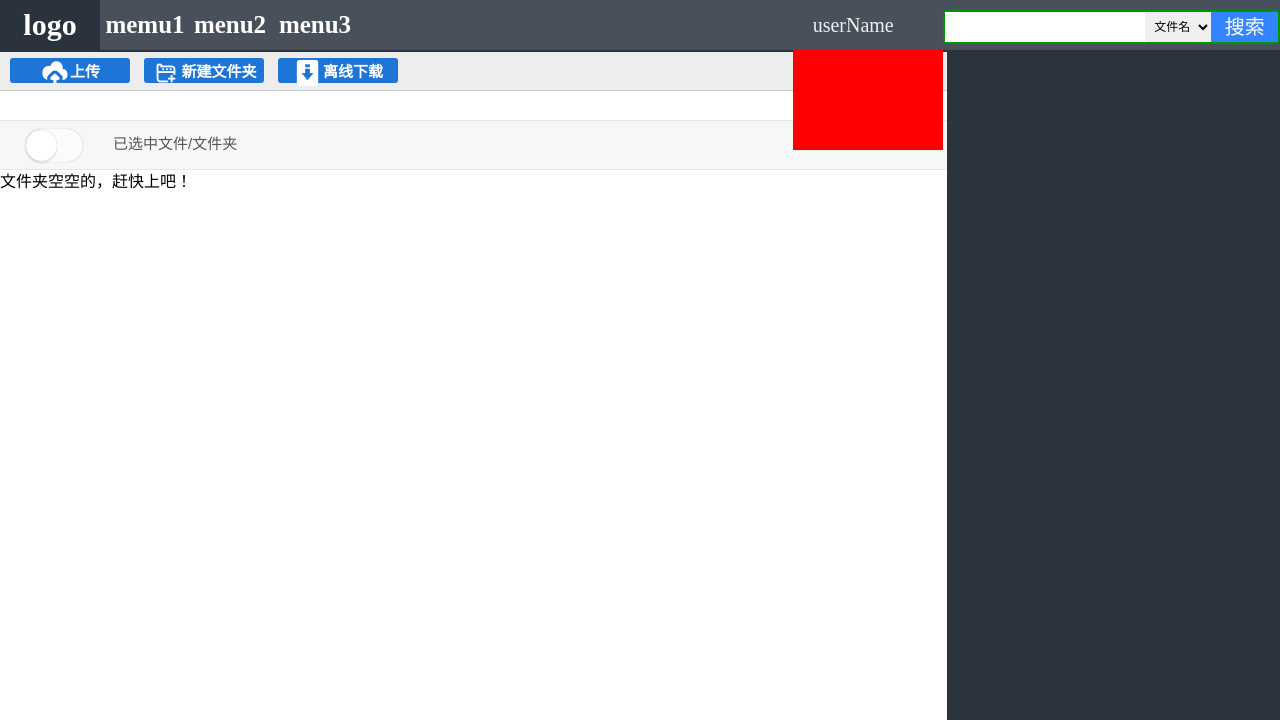
Repository: ixufeng/fileManager
Page: http://localhost/fileManager/delFile.do
The author's editor kept a copy of each file at every save. The page is drawn from the files as they stood at one save, then again after the next save.
The browser window is 1280 px wide. The pictures show the whole page.
The page is served by Tomcat 9. Other server files are loaded and not shown. Queries for data that is not in the repository find no rows.

Above is the page before, as saved 2016-04-07 13:18:08.

### fileManager/WebRoot/homePage.jsp
<%@page import="org.apache.commons.fileupload.FileItem"%>
<%@page import="file.MyFile"%>
<%@page import="sql.SqlHelper"%>
<%@page import="common.CatalogHelper" %>
<%@page import="common.Catalog" %>
<%@page language="java" import="java.util.*" pageEncoding="utf-8"%>
<%@taglib uri = "http://java.sun.com/jsp/jstl/core" prefix = "c" %>
<%
String path = request.getContextPath();
String basePath = request.getScheme()+"://"+request.getServerName()+":"+request.getServerPort()+path+"/";

String currentPath = "./home";
if(request.getParameter("currentPath")!=null){

	currentPath = request.getParameter("currentPath");
}else if(request.getAttribute("currentPath")!=null){

	currentPath = (String)request.getAttribute("currentPath");
}
	//获取路径列表
	ArrayList<Catalog> catalog = CatalogHelper.getCatalog(currentPath);
	//获得用户当前所在文件夹下的所有文件
	ArrayList<MyFile> fileList = SqlHelper.getSqlHelper().getAllFileByPath(currentPath);
	//优化目标，将第一次从数据库得来的文件信息存入到本地数据库中;

%>

<!DOCTYPE>
<html>
<head>
	<meta charset="utf-8">
	<title>在线文件管理器</title>
	<link rel="stylesheet" type="text/css" href="css/style_checkbox.css" />
	<link rel="stylesheet" type="text/css" href="css/title.css">
	<link rel="stylesheet" type="text/css" href="css/file_con.css">

	<!-- 上传文件 -->
	<link rel="stylesheet" href="css/zyUpload.css" type="text/css">
	<script src="js/jquery.js" type="text/javascript"></script>
	<script type="text/javascript" src="js/jquery.cookie.js"></script>
	<script type="text/javascript" src="js/fileClass.js"></script>
</head>

<body>
	<div id="head_nav">
		<div id="icon_home" path=<%=currentPath %> class="head_menu">
			logo
		</div>
		<div class="head_bar">memu1</div>
		<div class="head_bar">menu2</div>
		<div class="head_bar">menu3</div>

		<div id="icon_search">
			<label onclick="searchHelper();">搜索</label>
			<select id="selOption" onchange="searchTypeChange();">
				<option value="fimeName">文件名</option>
				<option value="fileDate">上传日期</option>
				<option value="fileContent">全文检索</option>
			</select>
			<input id="search_key" />
		</div>
		<div id="user">
			<span id="user_name">userName</span>
			<div id="user_box"></div>
		</div>
	</div>
	<div id="fileMsg">
			<ul id="file_catalog">
				<c:forEach var="catalogItem" items="<%=catalog%>">
					<li><a href="homePage.jsp?currentPath=${catalogItem.link}">${catalogItem.name}> </a></li>
				</c:forEach>

			</ul>
	</div>
	<div id="fileBar">

		<input type="checkbox" id="checkbox_c1" isSel="0" onclick="selectAll();" class="chk_3" /><label for="checkbox_c1"></label>
		<span id="functionBar">
			<label>已选中<span id="fileSelected"></span>文件/文件夹</label>
			<label id="MulShare" class="MulDo">分享</label>
			<label id="MulDown" onclick="mulDown();" class="MulDo"><img src="./images/MulDown.png">下载</label>
			<label id="MulDel" onclick="mulDel();" class="MulDo"><img src="./images/MulDel.png">删除</label>
			<label id="MulCopy" class="MulDo">复制到</label>
			<label id="MulTrans" onclick="showFileSendMenu();" class="MulDo">发送至</label>
		</span>
	</div>
	<div id='menu_second'>
		<span onclick='showuploadBorder();'><img alt="上传文件" src="images/fileUpload.png">上传</span>
		<span onclick='creatFileBorder("creatDir");'><img alt="新建文件夹" src ="images/newFile.png">新建文件夹</span>
		<span><img alt="文件下载" src="images/fileDownload.png">离线下载</span>
		<div id="sel_show_con">
			<a id="sel_grid" href="javascript:changeShowFile(0);"><img src="./images/grid.png"></a>
			<a id="sel_list" href="javascript:changeShowFile(1);"><img src="./images/list.png"></a>
		</div>
	</div>
	<div id="file_content">

		<ul id="file_ul_grid">
			<%=fileList.size()>0?"":"文件夹空空的，赶快上吧！" %>
			<c:forEach var = "fileItem" items = "<%=fileList %>" >
				<li class = "${fileItem.fileType=='floder'?'dir':'file'}" path = "${fileItem.fileLogicPath}" fileName = "${fileItem.fileRandomName} ">
					<img src ='${fileItem.filePic}'/>
					<p>${fileItem.fileName}</p>
				</li>
			</c:forEach>
		</ul>
		<ul id="file_ul_list">
			<c:forEach var = "fileItem" items = "<%=fileList %>" >
				<li class = "${fileItem.fileType=='floder'?'dir':'file'}" path = "${fileItem.fileLogicPath}" fileName = "${fileItem.fileRandomName} ">
					<input class="checkFile" type="checkbox" />
					<img src ='${fileItem.filePic}'/>
					<p>${fileItem.fileName}</p>
					<span class="fileCtime">${fileItem.fileCtime}</span>
				</li>
			</c:forEach>
		</ul>
	</div>
	<div id="con_cover">
		<div id="new_file">
			<img onclick="cancelNewFile();" id="file_cancel" src="images/icon_cancel.png"/>
			<span id="newfile_title">----新建文件</span>
			<input type="text" id="name" placeholder="文件名" />
			<button id="file_confirm">确认</button>
		</div>
	</div>

	<div id="menu">
		<ul>


		</ul>
	</div>
	<!--右侧的展示栏  -->
	<div id="funcboard">
		<ul id="searchRes_con">



		</ul>
	</div>
	<!-- 上传文件的border -->
	<div id="demo" class="demo"></div>
	<script type="text/javascript" src="js/file.handle.js"></script>
	<script type="text/javascript" src="js/menu.func.js"></script>
	<script type="text/javascript" src="js/common.js"></script>
	<script type="text/javascript" src="js/ajax.js"></script>
	<script type="text/javascript" src="js/draw.js"></script>
	<!-- 引用核心层插件 -->
	<script type="text/javascript" src="js/zyFile.js"></script>
	<!-- 引用控制层插件 -->
	<script type="text/javascript" src="js/zyUpload.js"></script>
	<!-- 引用初始化JS -->
	<script type="text/javascript" src="js/demo.js"></script>
	<script type="text/javascript">

</script>
<!-- 弹出的消息框 -->
<div id='msg_con'></div>
</body>
<%
	if(request.getAttribute("msg")!=null){
	String msg = (String)request.getAttribute("msg");
	out.print("<script type = 'text/javascript'>giveMsg('"+msg+"')</script>");
}else if(request.getParameter("msg")!=null){

	String msg = request.getParameter("msg");

	out.print("<script type = 'text/javascript'>giveMsg('"+msg+"')</script>");

}


 %>
</html>

### fileManager/src/servlet/delFile.java
package servlet;

import java.io.IOException;


import javax.servlet.RequestDispatcher;
import javax.servlet.ServletException;
import javax.servlet.http.HttpServlet;
import javax.servlet.http.HttpServletRequest;
import javax.servlet.http.HttpServletResponse;

import lucene.Lucene;


import file.MyFile;

import sql.SqlHelper;
/**
 *
 * @author xufeng
 * @version 1.0
 * 删除指定文件或文件集合
 *
 */
@SuppressWarnings("serial")
public class delFile extends HttpServlet {




	public void doGet(HttpServletRequest request, HttpServletResponse response)
			throws ServletException, IOException {
		request.setCharacterEncoding("utf-8");
		response.setCharacterEncoding("utf-8");
		doPost(request , response);

	}


	public void doPost(HttpServletRequest request, HttpServletResponse response)
			throws ServletException, IOException {
		String msg = "";
		//接受文件的物理名称（id）
		request.setCharacterEncoding("utf-8");
		response.setCharacterEncoding("utf-8");
		String fileName = request.getParameter("fileName");
		String path = request.getParameter("path");


		//先备份要删除的记录    --
		MyFile file = SqlHelper.getSqlHelper().getAFileByUniqueName(fileName);
		boolean isBack = SqlHelper.getSqlHelper().backUpFile(file);
		//删除数据库中的记录
		boolean  isDel = false;
		if(isBack){
			isDel = SqlHelper.getSqlHelper().delFile(file.getFileRandomName());
			System.out.println(isDel);
		}else{
			//备份失败
			msg = "文件备份失败！";

			request.getRequestDispatcher("homePage.jsp?currentPath="+path+"&msg="+msg).forward(request, response);
		}
		//如果删除记录成功，在删除磁盘数据
		if(isDel){
			//删除磁盘内容 ----周期删除
			//----------带处理-----留给自动处理机制
			msg = "删除成功";


			/*response.sendRedirect("homePage.jsp?currentPath="+path+"&msg="+msg);*/


			//删除索引
			Lucene lu=new Lucene();
			//fileName必须为RandomName
			lu.delete(fileName);

			request.setAttribute("msg", msg);
			request.setAttribute("currentPath", path);
			RequestDispatcher rd = request.getRequestDispatcher("homePage.jsp");
			rd.forward(request, response);
		}




	}

}

### fileManager/src/sql/SqlConnect.java
package sql;

import java.sql.DriverManager;
import java.sql.SQLException;

import java.sql.Connection;

import file.PathConfig;

public class SqlConnect {
	private static Connection conn = null;

	public static Connection getConnection(){

		String urlString = PathConfig.SQLURL;
		try {
			Class.forName("com.mysql.jdbc.Driver");

			conn = DriverManager.getConnection(urlString);

		} catch (ClassNotFoundException e) {
			// TODO Auto-generated catch block
			e.printStackTrace();
		}catch(Exception e){

			e.printStackTrace();
		}

		return conn;
	}

	public static void closeConnection(){

		try {
			if (conn != null || !conn.isClosed())
			conn.close();
		} catch (SQLException e) {
			// TODO Auto-generated catch block
			e.printStackTrace();
		}

	}


}

### fileManager/src/file/MyFile.java
package file;




public class MyFile{
	private String fileRandomName;// 文件实际上传后存储的名字
	private String fileName;// 文件的逻辑名字即用户看到的名字
	private String fileLogicPath;// 文件逻辑存储的地址
	private String fileType;
	private String fileSize;
	private String fileCtime;// 文件创建时间
	private String fileMtime;// 文件修改时间
	private int fileLimit;
	private String filePic;
	/**
	 * 构造方法的重载 --提供多种file类的初始化
	 */
	public MyFile(){
		//初始化
	}
	public MyFile(String fileRandomName,String fileName, String fileLogicPath,String fileType,String filePic){
		this.fileRandomName = fileRandomName;
		this.fileName = fileName;
		this.fileLogicPath = fileLogicPath;
		this.fileType = fileType;
		this.filePic = filePic;
	}



	public int getFileLimit() {
		return fileLimit;
	}

	public void setFileLimit(int fileLimit) {
		this.fileLimit = fileLimit;
	}


	public void setFileRandomName(String fileRandomName){
		this.fileRandomName = fileRandomName;
	}

	public String getFileRandomName(){

		return this.fileRandomName;
	}

	public String getFileName() {
		return this.fileName;
	}


	public void setFileName(String fileName) {
		this.fileName = fileName;
	}


	public String getFileLogicPath() {
		return fileLogicPath;
	}


	public void setFileLogicPath(String fileLogicPath) {
		this.fileLogicPath = fileLogicPath;
	}


	public String getFileType() {
		return fileType;
	}


	public void setFileType(String fileType) {
		this.fileType = fileType;
	}


	public String getFileSize() {
		return fileSize;
	}


	public void setFileSize(String fileSize) {
		this.fileSize = fileSize;
	}


	public String getFileCtime() {
		return fileCtime;
	}


	public void setFileCtime(String fileCtime) {
		this.fileCtime = fileCtime;
	}


	public String getFileMtime() {
		return fileMtime;
	}


	public void setFileMtime(String fileMtime) {
		this.fileMtime = fileMtime;
	}

	/*
	private Date getTime(){

		java.util.Date nowTime =new  java.util.Date();

		=

	}*/
	public String getFilePic() {
		return filePic;
	}

	public void setFilePic(String filePic) {
		this.filePic = filePic;
	}




}

### fileManager/src/sql/GetSql.java
package sql;

import file.MyFile;

public class GetSql {
	public static String selectFile(String fileName){
		String sql="select * from file where filename="+fileName;
		return sql;
	}

	/**
	 * @param fileRandomName
	 * @param fileName
	 * @param filePath
	 * @param fileType
	 * @return sql语句
	 */
	public static String uploadSql(String fileRandomName,String fileName,String fileLogicPath,String fileType){
		String sql="insert into file (fileRandomName,fileName,fileLogicPath,fileType,fileCtime) values('"+
	fileRandomName+"','"+fileName+"','"+fileLogicPath+"','"+fileType+"',now());";
		return sql;
	}

	public static String uploadSql(MyFile file){

		String sql="insert into file (fileRandomName,fileName,fileLogicPath,fileType,fileCtime,filePic) values('"+
				file.getFileRandomName()+"','"+file.getFileName()+"','"+file.getFileLogicPath()+"','"+file.getFileType()+"',now(),'"+file.getFilePic()+"');";

		return sql;
	}

	/**
	 *
	 * @param file
	 * @return sql语句
	 * 向备份数据表添加一条记录
	 */
	public static String addBackUp(MyFile file){

		String sql="insert into file_backup (fileRandomName,fileName,fileLogicPath,fileType,fileCtime,filePic) values('"+
				file.getFileRandomName()+"','"+file.getFileName()+"','"+file.getFileLogicPath()+"','"+file.getFileType()+"','"+file.getFileCtime()+"','"+file.getFilePic()+"');";

		return sql;
	}
	/**
	 * 获取某段时间的所有文件
	 * @param String
	 * @return String
	 */

	public static String timeSearchSql(String time1,String time2){
		String sql = "";
		sql = "select * from file  where fileCtime>='"+time1+"'and fileCtime<='"+time2+"'order by fileCtime asc";
		return sql;
	}

	/**
	 * 关键字模糊查询
	 * @param String
	 * @return String--sql
	 */
	public static String fileNameSearchSql(String fileName){
		String sql = "";
		sql = "select * from file where fileName LIKE '%"+fileName+"%'";

		return sql;
	}

	public static String getOverdueSql(){
		String sql ="";
		sql = "select * from file_backup where UNIX_TIMESTAMP(NOW())- UNIX_TIMESTAMP(fileMtime)>7*24*60*60";
		return sql;
	}
}

### fileManager/src/common/CatalogHelper.java
package common;


import java.util.ArrayList;

/**
 *
 * @author xufeng
 *根据url来显示当前文档的目录
 */
public class CatalogHelper {

	public static ArrayList<Catalog> getCatalog(String url){
		//将传进来的url拆分成数组
		String[] catalog = url.split("/");

		 ArrayList<Catalog> list = new ArrayList<Catalog>();


		 for(int i = 0;i < catalog.length;i++){

			 	if(i==1||i==0){

			 		Catalog myCatalog =new Catalog("所有文件","./home");
			 		list.add(myCatalog);

			 	}else{

			 		Catalog myCatalog =  new Catalog();
			 		myCatalog.setName(catalog[i]);
			 		myCatalog.setLink(list.get(i-1).getLink()+"/"+catalog[i]);
			 		list.add(myCatalog);
			 	}

			 }

		 list.remove(0);
		 return list;

	}

}

### fileManager/src/common/Catalog.java
package common;

public class Catalog{

	private String name;
	private String link;


	public Catalog(String name, String link){
		this.name = name;
		this.link = link;
	}

	public Catalog(){

	}
	public String getName() {
		return name;
	}
	public void setName(String name) {
		this.name = name;
	}
	public String getLink() {
		return link;
	}
	public void setLink(String link) {
		this.link = link;
	}
}

### fileManager/WebRoot/css/title.css
* {
	padding: 0px;
	margin: 0px;
}
body{

	width:100%;
	height:100px;
}
#head_nav {
	width: 100%;
	height: 50px;
	position: fixed;
	top: 0px;
	background-color:rgb(71,80,91);
	box-shadow:0px 0px 0px 2px rgb(41,50,61);
	z-index:9;
}


#icon_home {
	width: 100px;
	height: 50px;
	overflow: hidden;
	float: left;
	color:#fff;
	font-size:30px;
	font-weight:900;
	line-height:50px;
	text-align:center;
}
 .head_bar{
	float: left;
	width:80px;
	height:100%;
	color:#fff;
	font-weight:900;
	line-height:50px;
	text-align:center;
	font-size:25px;
	cursor:pointer;
	background-color:rgb(71,80,91);
	margin-left:5px;
}

.head_bar:hover{
	background-color:rgb(41,50,61);
}


.head_menu {
	float: left;
	background: rgb(0, 80, 0) margin-left: 10px;
	cursor: pointer;
}
#icon_home:hover{
	background-color:rgb(41,50,61);
}


#icon_home_img {
	margin-top:0px;
	margin-left: 5px;
}
/* 되쩍痰빵돨錦干움 */
#user{

	float:right;
	font-size:20px;
	color:rgb(240,240,240);
	width:120px;
	text-align:center;
	line-height:50px;
	margin-right:30px;
	cursor:pointer;
}

#user:hover{
	background-color:#fff;
}
/* 茶꾜돨userBox */
#user_box{
	width:150px;
	height:100px;
	position:fixed;
	top:50px;
	background-color:red;
	z-index:10;
}

#icon_upload{

	width:40px;
	height: 39px;
	border:0px solid rgb(0,100,0);
	border-radius: 5px;
	border-bottom:0px;
	margin-top: 18px;
	margin-left: 100px;
	background-color: rgb(0,150,0);
	float: left;
	cursor: pointer;

}

#icon_search{
	margin-top:10px;
	margin-right:0px;
	width:26%;
	height:30px;
	border:2px solid rgb(0,150,0);
	float:right;
	border-radius:5px;
}


#icon_search input{

	height:30px;
	width:60%;
	border:0px solid ;
	float:right;
	display:block;
}
#selOption{
	float:right;
	width:20%;
	height:100%;
	font-size:12px;
	text-align:center;
	font-family:Arial;

}
#selOption option{
	font-size=12px;

}
#icon_search label{

	display:block;
	float:right;
	height:30px;
	line-height:30px;
	width:20%;
	text-align:center;
	font-size:20px;
	color:#fff;
	background-color:rgb(51,133,255);
	font-familiy:Arial;
}
#icon_search label:hover{
	cursor:pointer;
	background-color:rgb(81,183,255);
}

#menu_second{
	width:74%;
	height:40px;
	position:fixed;
	top:50px;
	background-color:rgb(237,237,237);
	border-bottom:1px solid rgb(200,200,200);
	z-index:8;
}
#menu_second>span{
	display:inline-block;

	width:120px;
	height:25px;
	text-align:center;
	line-height:25px;
	margin:7.5px auto;
	margin-left:10px;
	background-color:rgb(30,117,216);
	color:#fff;
	border-radius:3px;
	cursor:pointer;
	font-weight:800;
	font-family:Arial;
	font-size:15px;
}

#menu_second>span:hover{
	background-color:rgb(50,147,246);
}
#menu_second img{
	vertical-align:middle;
}
#sel_show_con{
	width:80px;
	height:30px;
	float:right;
	margin:5px auto;
	line-height:40px;
	margin-right:10px;
	border:0.8px solid rgb(150,150,150);
	background-color:rgb(201,200,201);
	border-radius:3px;
	overflow:hidden;
}
#sel_show_con a{

	float:left;
	width:40px;
	height:30px;

}
#sel_grid{
	background-color:rgb(202,202,202);
}
#sel_list{
	background-color:rgb(255,255,255);
}

#sel_show_con>a>img{

	display:block;
	margin:2.5px auto;
}

### fileManager/WebRoot/css/file_con.css
*{

	padding:0px ;
	margin:0px;
	border:0px;
}
body{

	width: 100%;
	height: 100%;
}
#file_content{
	display: block;
	width: 74%;
	position:absolute;
	left:0px;
	bottom:0px;
	top:168px;
	margin-bottom:0px;
	z-index:0;
	over-flow:hidden;
}
#file_ul_grid{
	display: none;
	min-height: 200px;
	width: auto;
	height: auto;
	list-style-type: none;
}
#file_ul_grid>li{
	float: left;
	margin:10px;
	width:80px;
	height:80px;
	text-align: center;
	font-family: Arial;
	cursor: pointer;
	word-break:break-all;
	font-size:12px;
	padding-top:8px;
	border:1px solid #fff;
}

#file_ul_grid>li:hover{

	border:1px solid rgb(43,51,61);
}

#funcboard{
	position:fixed;
	width:26%;
	right:0px;
	top:50px;
	bottom:0px;
	background-color:rgb(43,51,61);
	z-index:8;
}

#con_cover{
	position: fixed;
	top:0px;
	width:100%;
	height:100%;
	background:rgba(0,0,0,0.5);
	display: none;
	z-index:9;

}

#new_file{
	opacity: 1;
	height:120px;
	width:300px;
	position: absolute;
	top:0px;
	left: 0px;
	border-radius: 10px;
	background-color: rgb(0,180,0);
	text-align:center;
	box-shadow: 4px 4px 4px rgb(0,100,0);
	display: none;
}

#new_file>input{
	width:100%;
	border:0px;
	margin-top: 10px;
	height: 30px;
	background-color: rgb(180,180,180);
	color: rgb(255,255,255);
	color: rgb(0,122,0);
	font-size: 20px;
	font-weight: 800;
	text-align: center;
}

#file_cancel{

	cursor:pointer;
	margin-top:5px;
	margin-right:5px;
	float:right;
}
#newfile_title{

	line-height:20px;
	font-size:20px;
	font-family:Arial;

}
::-webkit-input-placeholder {
	color: rgba(0,122,0,0.5);
	text-align: center;
}
#file_confirm{
	border:0px;
	width:100%;
	height:30px;
	margin-top: 20px;
	background-color:rgb(180,180,180);
	color: rgb(0,122,0);
	font-size: 20px;
	font-weight: 800;
	cursor: pointer;
}

#menu{
	position: absolute;
	top:300px;
	left:300px;
	width:90px;
	height: auto;
	background-color:rgb(0,160,0);
	box-shadow: 4px 4px 4px rgb(0,100,0);
	display: none;
	cursor:pointer;
	z-index:5;

}

#menu>ul{
	list-style-type: none;
	height: auto;
	min-height: 160px;
}

#menu>ul>li{

	padding:0px;
	width: 100%;
	height:30px;
	margin-bottom: 4px;
	text-align: center;
	line-height: 30px;
	color: rgb(200,200,200);
	font-family: arial;
	font-weight: 800;
	background-color: rgb(0,100,0);
	cursor: pointer;
}

#menu>ul>li:hover{
	opacity: 0.5;
}

#msg_con{
	width : 0px;
	height: 0px;
	position: absolute;
	top:0px;
	left: 0px;
	background-color: rgb(0,100,0);
	border-radius: 10px;
	display: none;
	text-align: center;
	vertical-align: middle;
	line-height: 100px;
	z-index:9;
}

#msg_con p{
	font-size: 20px;
	font-weight: 900px;
	font-family: arial;
	color: #fff;
	text-align: center;
}
#searchRes_con{
	list-style-type:none;


}
#searchRes_con li{
	width:95%;
	height:40px;
	background-color:rgb(200,200,200);
	margin:2px auto;
	cursor:pointer;
	border-radius:5px;
	animation:searchShow 1s;
	color:#fff;
	line-height:40px;
}
#searchRes_con li:hover{

	background-color:rgb(155,155,155);
}



@keyframes searchShow
{
	0% {opacity:0.3;}
	100%{opacity:1;}
}
#searchRes_con>li>img{
	width:30px;
	heigth:30px;
	margin-left:5px;
	vertical-align:middle;
}
#fileMsg{

	height:30px;
	width:100%;
	line-height:30px;
	padding-left:20px;
	position:fixed;
	background-color:#fff;
	top:90px;
	z-index:5;
}
#file_catalog{
	position:fixed;
	list-style:none;
	z-index:5;

}
#file_catalog>li{
	float:left;
	width:auto;
	height:30px;
	font-weight:700;
}
#fileBar{
	width:100%;
	height:40px;
	position:fixed;
	top:120px;
	padding-top:8px;
	padding-left:25px;
	border-bottom:1px solid rgb(230,230,230);
	border-top:1px solid rgb(230,230,230);
	background-color:rgb(247,247,247);
	z-index:5;
}

#fileBar label{
	display:block;
	float:left;
	line-height:30px;
	color:rgb(85,85,85);
	font-family:Arial;
	font-size:15px;
}
.MulDo{
	border:1px solid rgb(167,167,167);
	width:100px;
	margin-top:4px;
	height:26px;
	margin-left:8px;
	text-align:center;
	border-radius:3px;
}
#fileBar label:hover{
	cursor:pointer;
	background-color:rgb(255,255,255);
}
.MulDo img{
	vertical-align:middle;
}




/* file_ul_list */
#file_ul_list{
	list-style:none;
	display:none;

}
#file_ul_list>li{
	height:40px;
	width:100%;
	border-bottom:1px solid rgb(200,200,200);
}
#file_ul_list>li>p{

	display:inline-block;
	line-height:40px;
	margin-left:15px;
}
#file_ul_list>li>img{
	display:block;
	width:25px;
	height:25px;
	margin-left:15px;
	float:left;
	margin-top:7px;
	vertical-align:middle;
}
.checkFile{
	margin-top:15px;
	margin-left:30px;
	float:left;
	background-color:#fff;
}
.fileCtime{
	margin-right:10px;
	float:right;
	line-height:40px;
}

Loaded but not shown: fileManager/WebRoot/js/jquery.js (library); fileManager/WebRoot/js/jquery.cookie.js (library); fileManager/WebRoot/js/zyUpload.js (413 lines, source omitted); fileManager/WebRoot/js/zyFile.js (209 lines, source omitted); fileManager/WebRoot/js/common.js (177 lines, source omitted); fileManager/WebRoot/js/file.handle.js (147 lines, source omitted); fileManager/WebRoot/js/menu.func.js (133 lines, source omitted); fileManager/WebRoot/js/demo.js (40 lines, source omitted); fileManager/WebRoot/js/draw.js (53 lines, source omitted); fileManager/WebRoot/js/ajax.js (73 lines, source omitted); fileManager/WebRoot/js/fileClass.js (15 lines, source omitted); fileManager/WebRoot/css/zyUpload.css (327 lines, source omitted); fileManager/src/sql/SqlHelper.java (398 lines, source omitted); fileManager/WebRoot/css/style_checkbox.css (248 lines, source omitted)

After the next save:
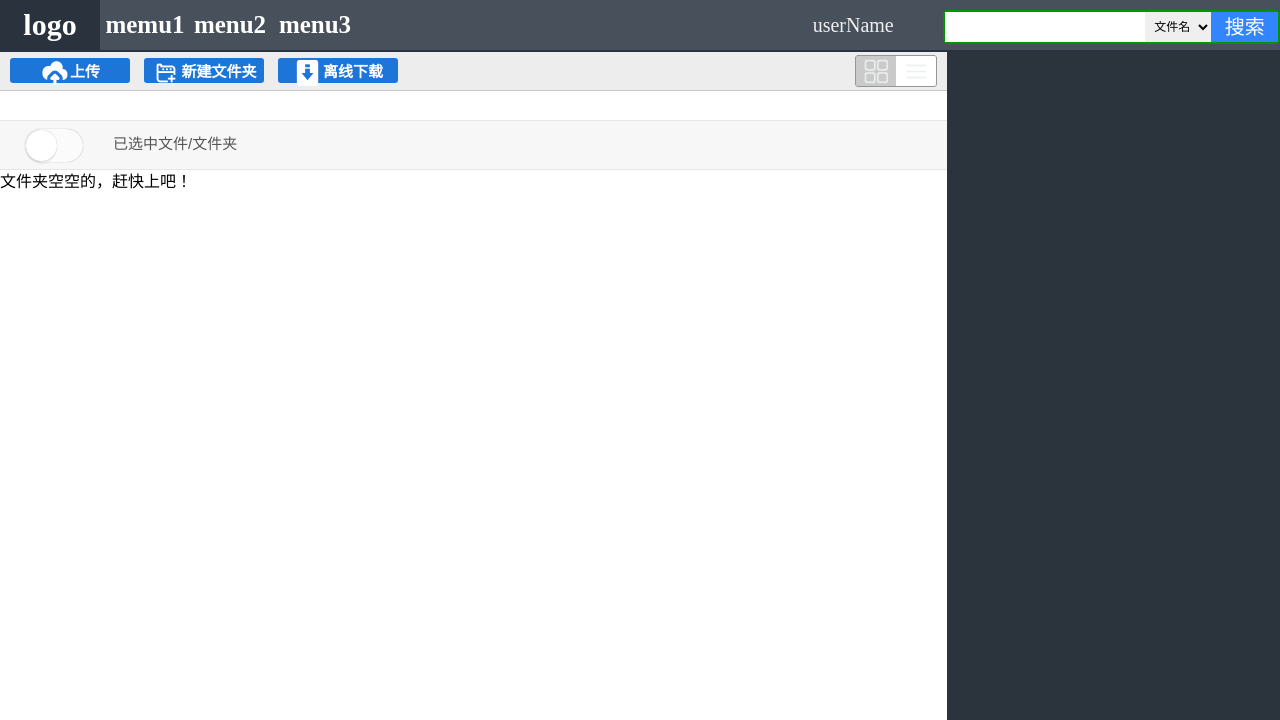
Saved 19 s later.
--- a/fileManager/WebRoot/css/title.css
+++ b/fileManager/WebRoot/css/title.css
@@ -81,7 +81,7 @@ body{
 /* 茶꾜돨userBox */
 #user_box{
 	width:150px;
-	height:100px;
+	height:0px;
 	position:fixed;
 	top:50px;
 	background-color:red;
